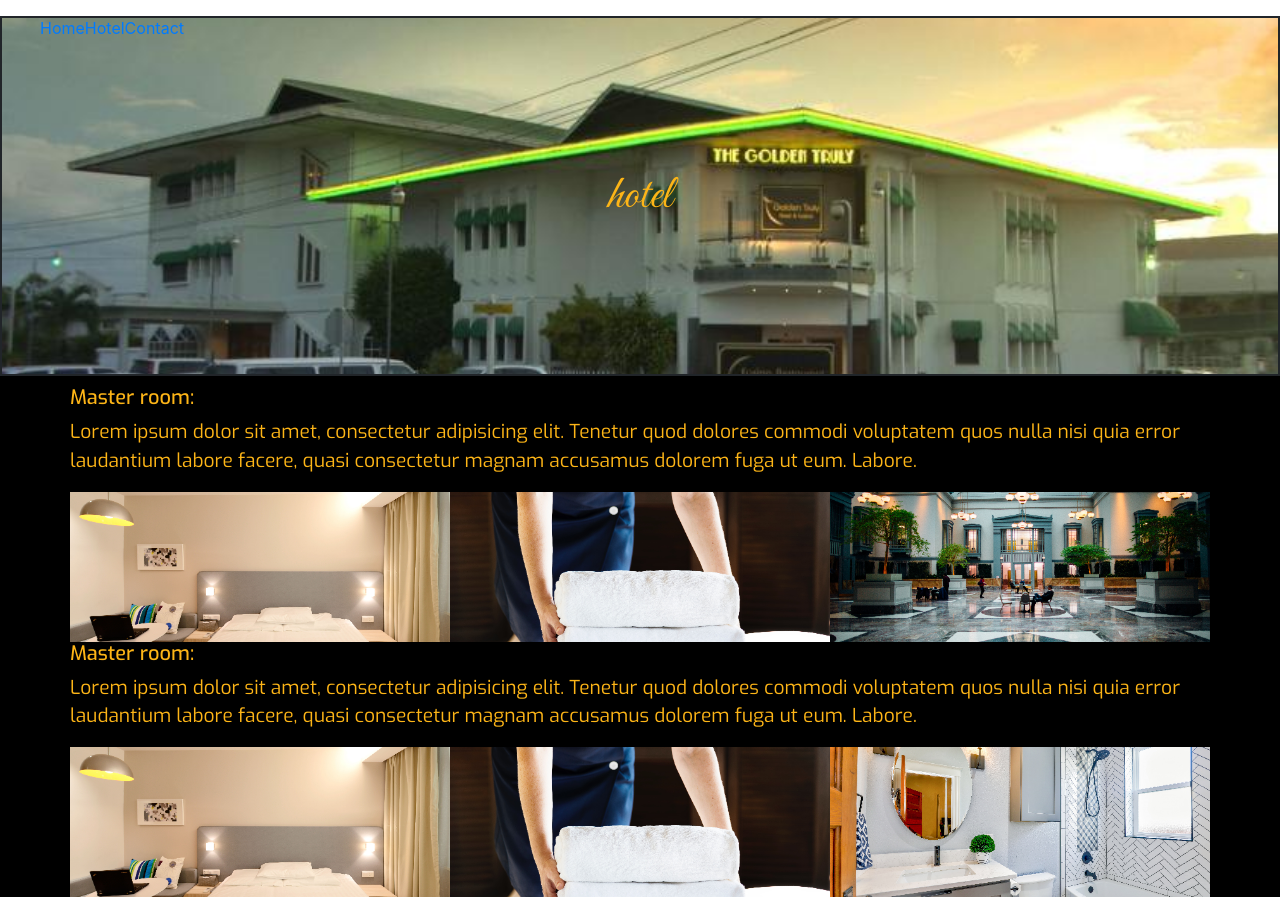
Repository: Code-Institute-Submissions/anthonycaf-Milestone1
Page: hotel.html
The author's editor kept a record of every edit. The page is drawn from the files as they stood at one moment, then again after the next edit.
The browser window is 1280 px wide. The pictures show the part of the page from y = 0 to 897 px (the page is 1498 px tall).
Pictures or frames that could not be fetched are drawn as grey boxes.

Above is the page before.

After the next edit:
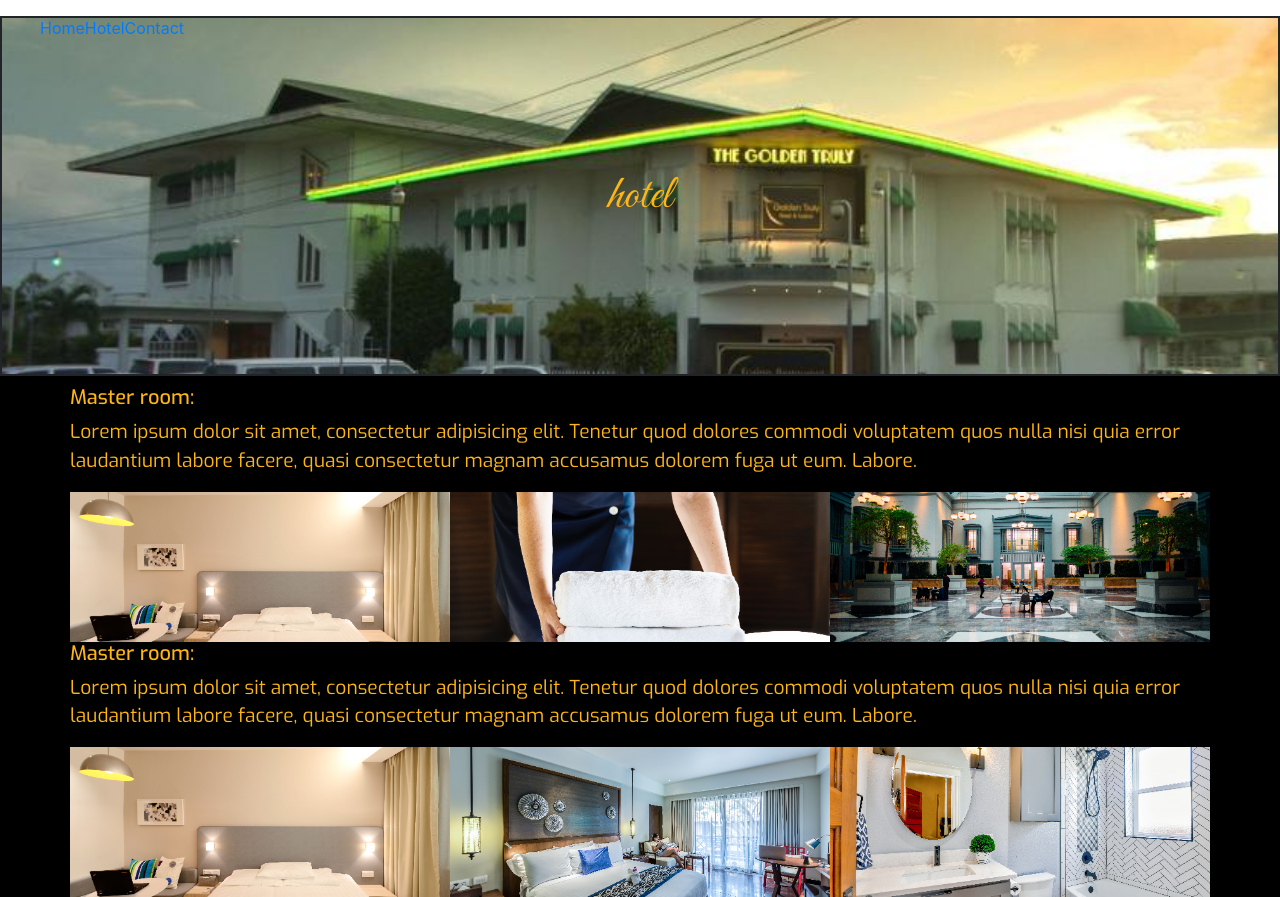
The edit:
--- a/hotel.html
+++ b/hotel.html
@@ -50,7 +50,7 @@
                dolorem fuga ut eum. Labore.</p>
                <div class="master-img1 col-4 bg-img-size">
                 <a href="index.html"></a></div>
-                <div class="master-img2 col-4 bg-img-size">
+                <div class="suite-img2 col-4 bg-img-size">
                  <a href="hotel.html"></a></div>
                  <div class="suite-img3 col-4 bg-img-size">
                   <a href="hotel.html"></a></div>
